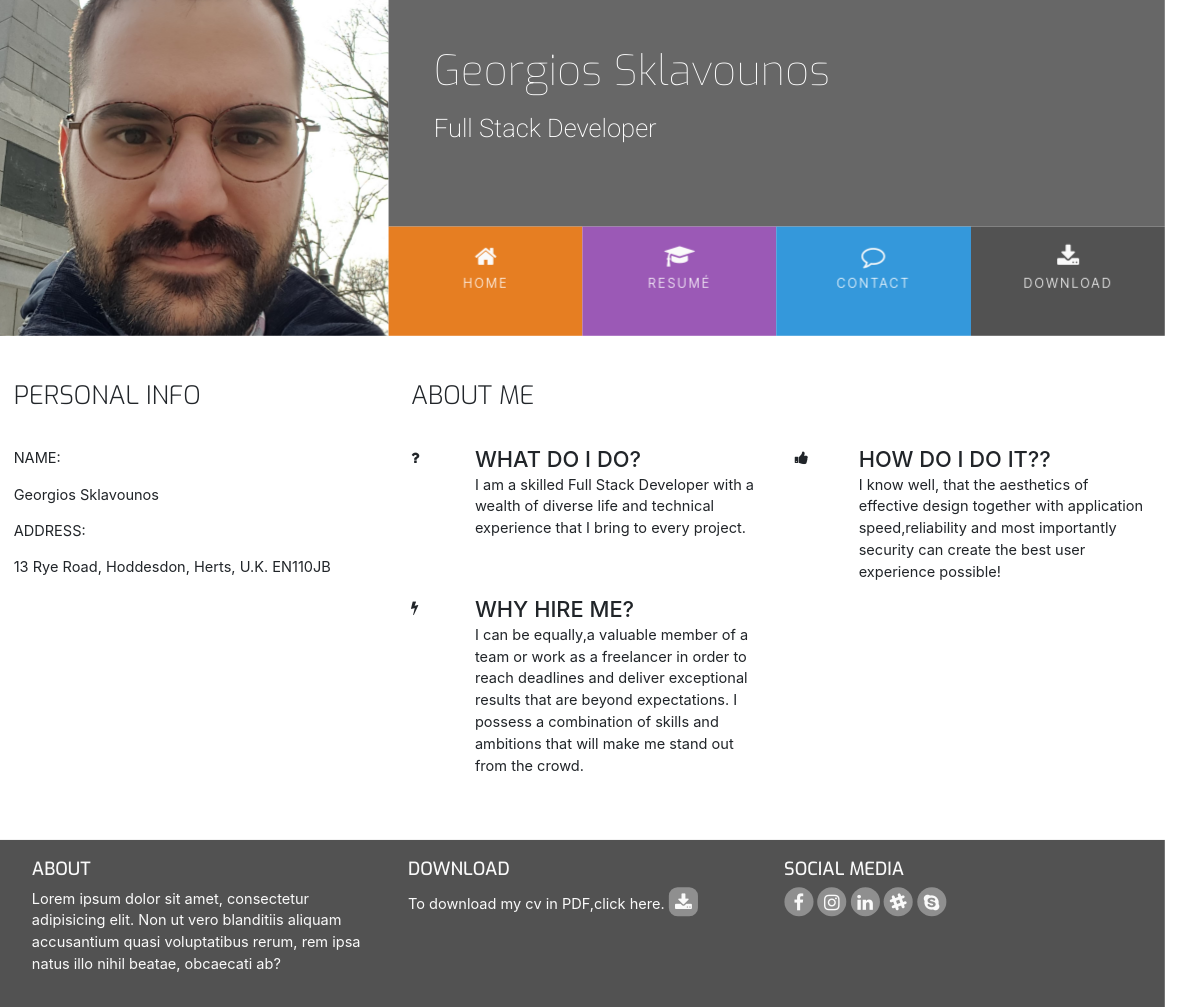
Repository: GeorgiosSklav/MyResume
Page: index.html
The author's editor kept a record of every edit. The page is drawn from the files as they stood at one moment, then again after the next edit.
The browser window is 1280 px wide. The page is 1295 px wide, so the pictures cover 1295 px, including what lies to the right of the window. The pictures show the whole page, at 91% of full size.

Above is the page before.

After the next edit:
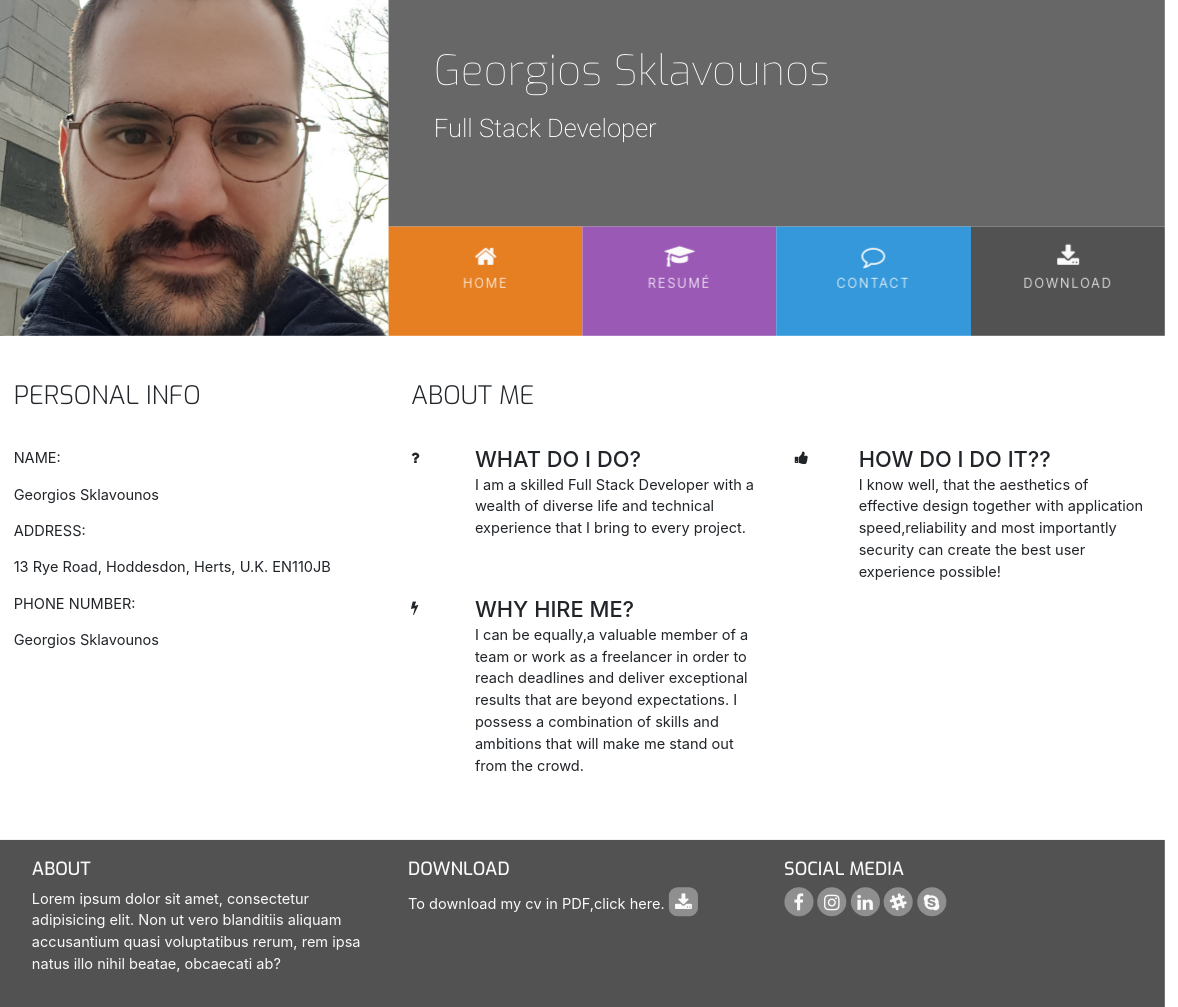
The edit:
--- a/index.html
+++ b/index.html
@@ -67,6 +67,14 @@
                     </div>
                     <div class="value">
                         <p>13 Rye Road, Hoddesdon, Herts, U.K. EN110JB</p>
+                    </div>
+                </div>
+                 <div class="personal-info-item">
+                    <div class="key">
+                        <p class="uppercase">Phone Number:</p>
+                    </div>
+                    <div class="value">
+                        <p>Georgios Sklavounos</p>
                     </div>
                 </div>
             </div>
